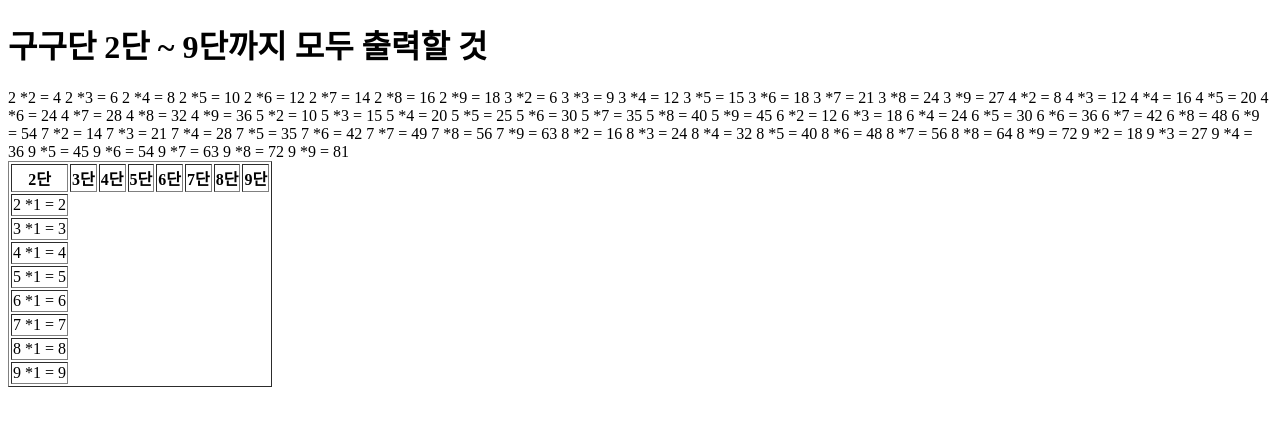
Repository: junirang330/Jsp2026
Page: http://localhost/chapter01/test02.jsp
An editor plug-in stored every save of this project. The page is shown before and after the next save, followed by the edit.
The browser window is 1280 px wide. The pictures show the whole page.
The page is served by Tomcat 9.

Above is the page before, as saved 2026-10-16 04:23:06.

After the next save:
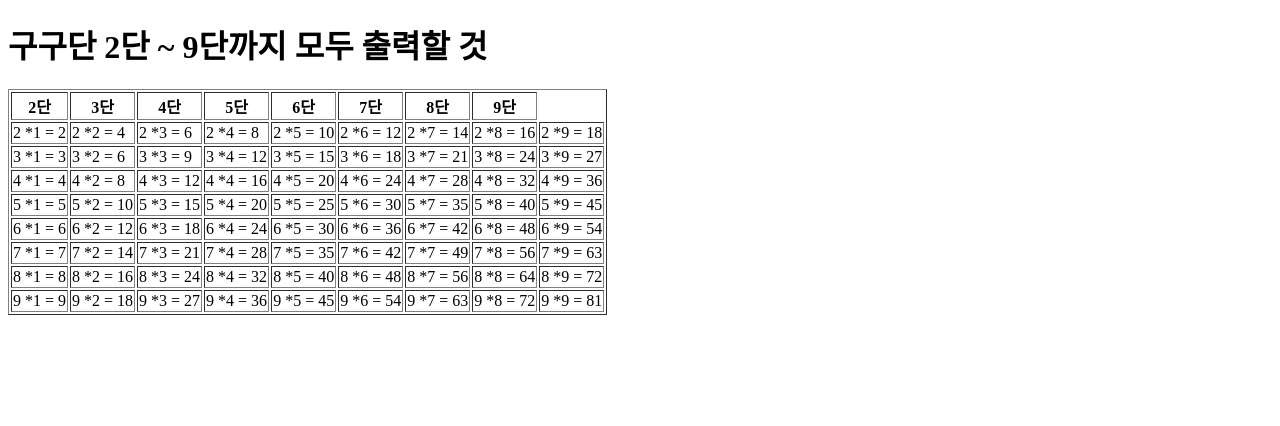
Saved 85 s later.
--- a/chapter01/src/main/webapp/test02.jsp
+++ b/chapter01/src/main/webapp/test02.jsp
@@ -9,6 +9,7 @@
 <body>
 	<h1>구구단 2단 ~ 9단까지 모두 출력할 것</h1>
 	<table border = "1">
+	<!-- 단 -->
 	<tr>
 	<% for(int i = 2; i<=9; i++){ %>
 	<th>
@@ -16,14 +17,14 @@
 	</th>
 	<% } %>
 	</tr>
+
+	<!-- 구구단  -->
+	<% for(int j = 2; j<=9; j++){ %>
 	<tr>
-	<% for(int j = 2; j<=9; j++){ %>
-	<td>
+
 	<% for(int i = 1; i<=9; i++){ %>
 
-		<%=j %> *<%=i %> = <%= j*i %>
-
-	</td>
+		<td><%=j %> *<%=i %> = <%= j*i %></td>
 	<%
 
 		}
